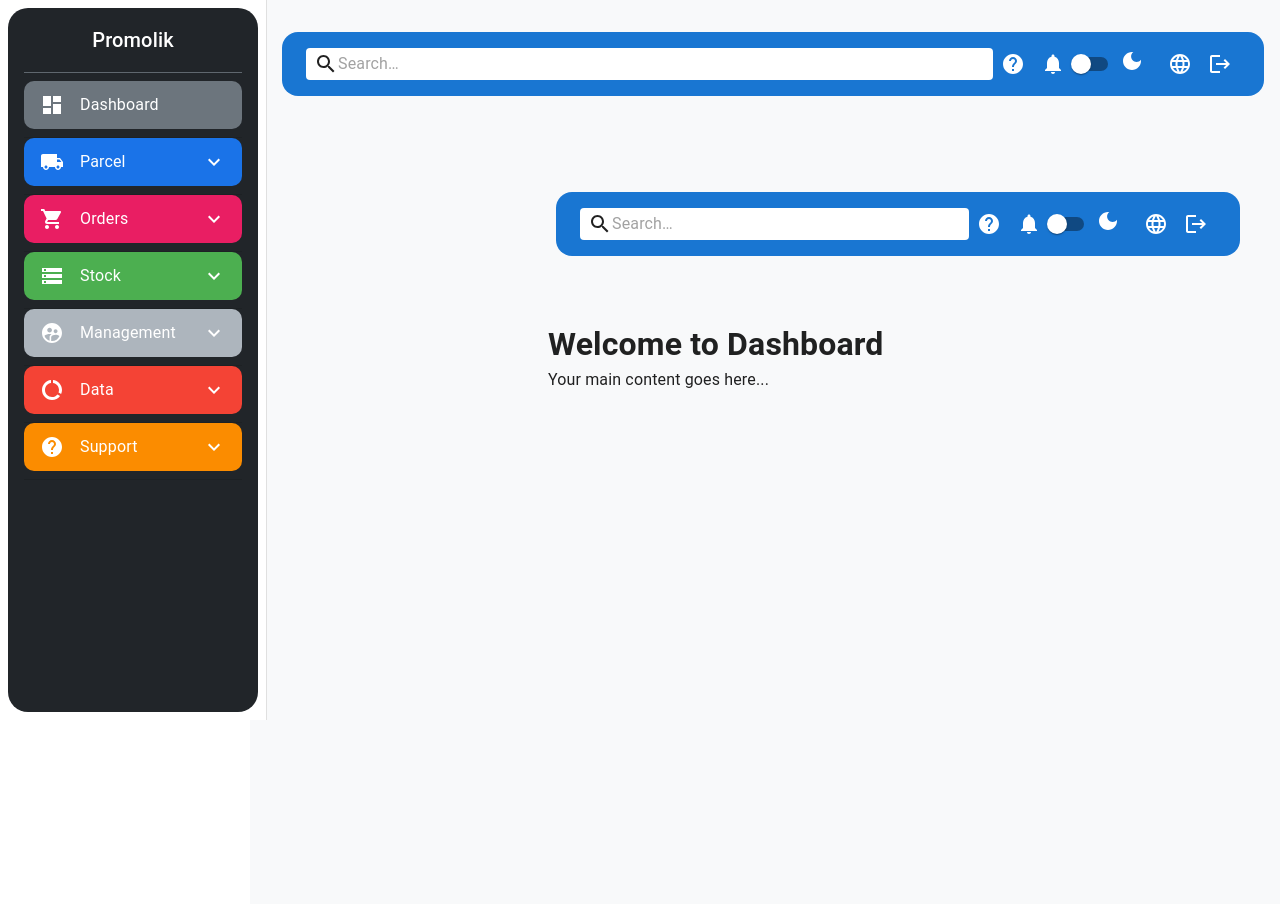
Repository: yosrjdly/stk
Page: /dashboard (app in dashboard/)
These files come from the project's save history. The page is drawn as it stood at one moment and after the next save; the edit follows.
The browser window is 1280 px wide. The pictures show the whole page.
The project was rebuilt for these pictures with package versions that can differ from the ones it lists, and the page was loaded fresh each time. The framework's server and built-in components were replaced by stand-ins that run in the browser. Also part of the build but not shown: dashboard/next.config.ts.

Above is the page before, as saved 2025-02-14 17:03:16.

### dashboard/src/app/dashboard/Layout.tsx
"use client";

import { Box, CssBaseline, Toolbar } from "@mui/material";
import Sidebar from "../../componenets/sidebar/SideBar";
import Navbar from "../../componenets/navbar/Navbar"; // Assuming you have a Navbar component
import { ReactNode } from "react";

interface LayoutProps {
  children: ReactNode;
}

export default function Layout({ children }: LayoutProps) {
  return (
    <Box sx={{ display: "flex" }}>
      <CssBaseline />

      {/* Sidebar (Permanent) */}
      <Sidebar />

      {/* Main Content Area */}
      <Box
        component="main"
        sx={{
          flexGrow: 1,
          pt:0,
          p: 3,
          width: `calc(100% - 250px)`, // Adjusting main content width to fit sidebar
          backgroundColor: "#f8f9fa",
          minHeight: "100vh",
        }}
      >
        {/* Navbar */}
        <Navbar />

        {/* Page Content */}
        <Toolbar /> {/* Keeps content from being hidden behind Navbar */}
        {children}
      </Box>
    </Box>
  );
}

### dashboard/src/app/dashboard/page.tsx
import Layout from "../dashboard/Layout";

export default function DashboardHome() {
  return (
    <Layout>
      <h1>Welcome to Dashboard</h1>
      <p>Your main content goes here...</p>
    </Layout>
  );
}

### dashboard/src/componenets/sidebar/SideBar.tsx
"use client";

import { useState } from "react";
import { useRouter, usePathname } from "next/navigation";
import {
  Drawer,
  List,
  ListItemButton,
  ListItemText,
  Collapse,
  Divider,
  Typography,
  Box,
  IconButton,
} from "@mui/material";
import { ExpandLess, ExpandMore, Brightness4, Brightness7 } from "@mui/icons-material";
import DashboardIcon from '@mui/icons-material/Dashboard';
import LocalShippingIcon from '@mui/icons-material/LocalShipping';
import ShoppingCartIcon from '@mui/icons-material/ShoppingCart';
import StorageIcon from '@mui/icons-material/Storage';
import SupervisedUserCircleIcon from '@mui/icons-material/SupervisedUserCircle';
import DataUsageIcon from '@mui/icons-material/DataUsage';
import HelpIcon from '@mui/icons-material/Help';

const menuItems = [
  {
    title: "Dashboard",
    path: "/dashboard",
    color: "#6c757d",
    icon: <DashboardIcon />,
  },
  {
    title: "Parcel",
    subItems: [
      { title: "Exchange List", path: "/dashboard/parcel/exchangeList" },
      { title: "Exchange Return", path: "/dashboard/parcel/exchangeReturn" },
      { title: "Exchange Creation", path: "/dashboard/parcel/exchangeCreation" },
      { title: "Package Creation", path: "/dashboard/parcel/packageCreation" },
      { title: "Package Edit", path: "/dashboard/parcel/packageEdit" },
      { title: "Package List", path: "/dashboard/parcel/packageList" },
      { title: "Parcel Return", path: "/dashboard/parcel/parcelReturn" },
    ],
    color: "#1a73e8",
    icon: <LocalShippingIcon />,
  },
  {
    title: "Orders",
    subItems: [
      { title: "Cash Sale", path: "/dashboard/orders/cashSale" },
      { title: "Orders", path: "/dashboard/orders/orders" },
    ],
    color: "#e91e63",
    icon: <ShoppingCartIcon />,
  },
  {
    title: "Stock",
    subItems: [
      { title: "Add Article", path: "/dashboard/stock/addArticle" },
      { title: "Entred Stock", path: "/dashboard/stock/entredStock" },
      { title: "Notification", path: "/dashboard/stock/notification" },
      { title: "Stock", path: "/dashboard/stock/stock" },
    ],
    color: "#4caf50",
    icon: <StorageIcon />,
  },
  {
    title: "Management",
    subItems: [
      { title: "Delivery Company", path: "/manegement/deliveryCompany" },
      { title: "Profile", path: "/dashboard/management/profile" },
      { title: "Profit", path: "/dashboard/management/profit" },
      { title: "Spending", path: "/dashboard/management/spending" },
      { title: "User", path: "/dashboard/management/user" },
    ],
    color: "#adb5bd",
    icon: <SupervisedUserCircleIcon />,
  },
  {
    title: "Data",
    subItems: [
      { title: "Archived Parcel", path: "/dashboard/data/archivedParcel" },
      { title: "Command Deleted", path: "/dashboard/data/commandDeleted" },
      { title: "Deleted Parcel", path: "/dashboard/data/deletedParcel" },
      { title: "Inventory Removed", path: "/dashboard/data/inventoryRemoved" },
    ],
    color: "#f44335",
    icon: <DataUsageIcon />,
  },
  {
    title: "Support",
    subItems: [
      { title: "About Us", path: "/dashboard/support/aboutUs" },
      { title: "Claims", path: "/dashboard/support/claims" },
      { title: "User Guide", path: "/dashboard/support/userGuide" },
    ],
    color: "#fb8c00",
    icon: <HelpIcon />,
  },
];

export default function Sidebar() {
  const router = useRouter();
  const pathname = usePathname();
  const [openSections, setOpenSections] = useState<Record<string, boolean>>({});

  const toggleSection = (title: string) => {
    setOpenSections((prev) => ({
      ...prev,
      [title]: !prev[title],
    }));
  };

  return (
    <Drawer variant="permanent" sx={{ width: 250, flexShrink: 0, marginTop: 2 }}>
      <Box sx={{ height: "100%", width: 250, padding: 2, backgroundColor: "#212529", borderRadius: 5, margin: 1 }}>
        <Typography variant="h6" sx={{ color: "white", textAlign: "center", mb: 2 }}>
          Promolik
        </Typography>
        <Divider sx={{ backgroundColor: "#6c757d" }} />
        <List>
          {menuItems.map((item, index) => {
            const isParentActive = item.subItems?.some((subItem) => pathname === subItem.path);

            return (
              <div key={index}>
                {item.subItems ? (
                  <>
                    <ListItemButton
                      sx={{
                        backgroundColor: item.color,
                        borderRadius: "10px",
                        marginBottom: 1,
                        color: "white",
                      }}
                      onClick={() => toggleSection(item.title)}
                    >
                      {item.icon}
                      <ListItemText primary={item.title} sx={{ ml: 2 }} />
                      {openSections[item.title] ? <ExpandLess /> : <ExpandMore />}
                    </ListItemButton>
                    <Collapse in={openSections[item.title]} timeout="auto" unmountOnExit>
                      <List component="div" disablePadding>
                        {item.subItems.map((subItem, subIndex) => (
                          <ListItemButton
                            key={subIndex}
                            sx={{
                              pl: 4,
                              backgroundColor: pathname === subItem.path ? item.color : "transparent",
                              borderRadius: pathname === subItem.path ? "10px" : "0px",
                              marginBottom: 1,
                              color: pathname === subItem.path ? "white" : "#ccc",
                            }}
                            onClick={() => router.push(subItem.path)}
                          >
                            <ListItemText primary={subItem.title} />
                          </ListItemButton>
                        ))}
                      </List>
                    </Collapse>
                  </>
                ) : (
                  <ListItemButton
                    sx={{
                      backgroundColor: pathname === item.path ? item.color : "transparent",
                      borderRadius: pathname === item.path ? "10px" : "0px",
                      marginBottom: 1,
                      color: pathname === item.path ? "white" : "#ccc",
                    }}
                    onClick={() => router.push(item.path)}
                  >
                    {item.icon}
                    <ListItemText primary={item.title} sx={{ ml: 2 }} />
                  </ListItemButton>
                )}
                <Divider />
              </div>
            );
          })}
        </List>
      </Box>
    </Drawer>
  );
}

### dashboard/src/componenets/navbar/Navbar.tsx
'use client';

import React, { useState } from 'react';
import { AppBar, Toolbar, IconButton, InputBase, Menu, MenuItem, Switch, FormControlLabel } from '@mui/material';
import { Search as SearchIcon, Help as HelpIcon, Notifications as NotificationsIcon, Language as LanguageIcon, Logout as LogoutIcon, DarkMode as DarkModeIcon } from '@mui/icons-material';
import { useTheme } from '@mui/material/styles';

const Navbar = () => {
  const [anchorEl, setAnchorEl] = useState(null);
  const [themeMode, setThemeMode] = useState(false); // Dark mode state

  const theme = useTheme();

  const handleMenuOpen = (event) => {
    setAnchorEl(event.currentTarget);
  };

  const handleMenuClose = () => {
    setAnchorEl(null);
  };

  const toggleTheme = () => {
    setThemeMode((prev) => !prev);
    // You can add a theme switcher logic here (like changing the theme color)
  };

  return (
    <AppBar
      position="sticky"
      sx={{
        mx: 1,
        mt: 1,
        borderRadius: '16px',
        boxShadow: 'none',
        backdropFilter: 'blur(10px)',
        top: '5px',
        zIndex: 1200,
      }}
    >
      <Toolbar>
        {/* Search Bar */}
        <InputBase
          placeholder="Search…"
          startAdornment={<SearchIcon />}
          sx={{ flexGrow: 1, backgroundColor: theme.palette.background.default, borderRadius: '4px', paddingLeft: '8px' }}
        />

        {/* Help Icon */}
        <IconButton color="inherit" onClick={handleMenuOpen}>
          <HelpIcon />
        </IconButton>

        {/* Notifications Icon */}
        <IconButton color="inherit">
          <NotificationsIcon />
        </IconButton>

        {/* Theme Switch */}
        <FormControlLabel
          control={<Switch checked={themeMode} onChange={toggleTheme} />}
          label={<DarkModeIcon />}
        />

        {/* Language Icon */}
        <IconButton color="inherit">
          <LanguageIcon />
        </IconButton>

        {/* Logout Icon */}
        <IconButton color="inherit">
          <LogoutIcon />
        </IconButton>
      </Toolbar>

      {/* Help Icon Menu */}
      <Menu
        anchorEl={anchorEl}
        open={Boolean(anchorEl)}
        onClose={handleMenuClose}
      >
        <MenuItem onClick={handleMenuClose}>Help Center</MenuItem>
        <MenuItem onClick={handleMenuClose}>Contact Support</MenuItem>
      </Menu>
    </AppBar>
  );
};

export default Navbar;

Loaded but not shown: dashboard/src/app/layout.tsx (common file); dashboard/src/app/globals.css (common file)

After the next save:
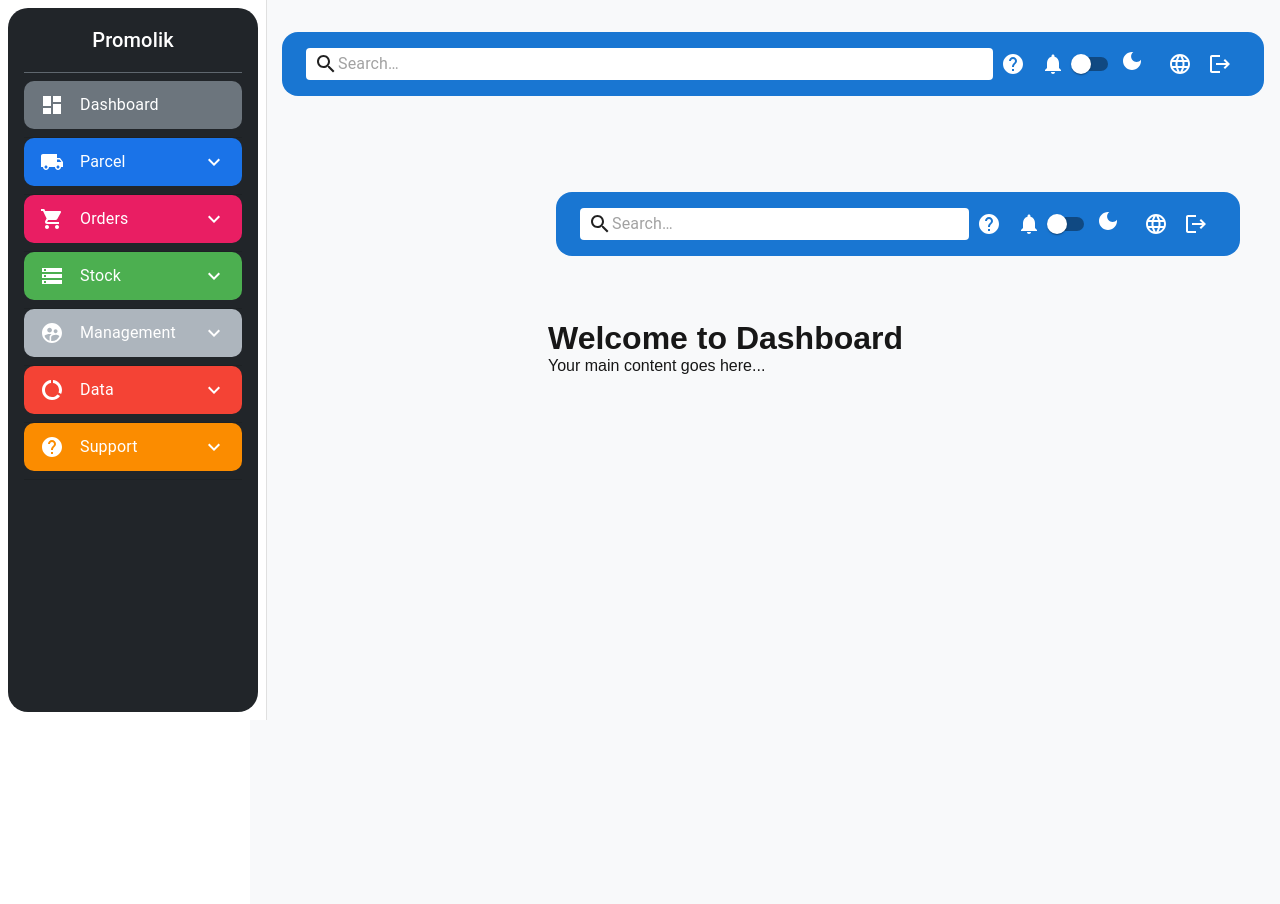
Saved 44 s later.
--- a/dashboard/src/app/dashboard/Layout.tsx
+++ b/dashboard/src/app/dashboard/Layout.tsx
@@ -12,7 +12,6 @@
 export default function Layout({ children }: LayoutProps) {
   return (
     <Box sx={{ display: "flex" }}>
-      <CssBaseline />
 
       {/* Sidebar (Permanent) */}
       <Sidebar />

After the save that followed:
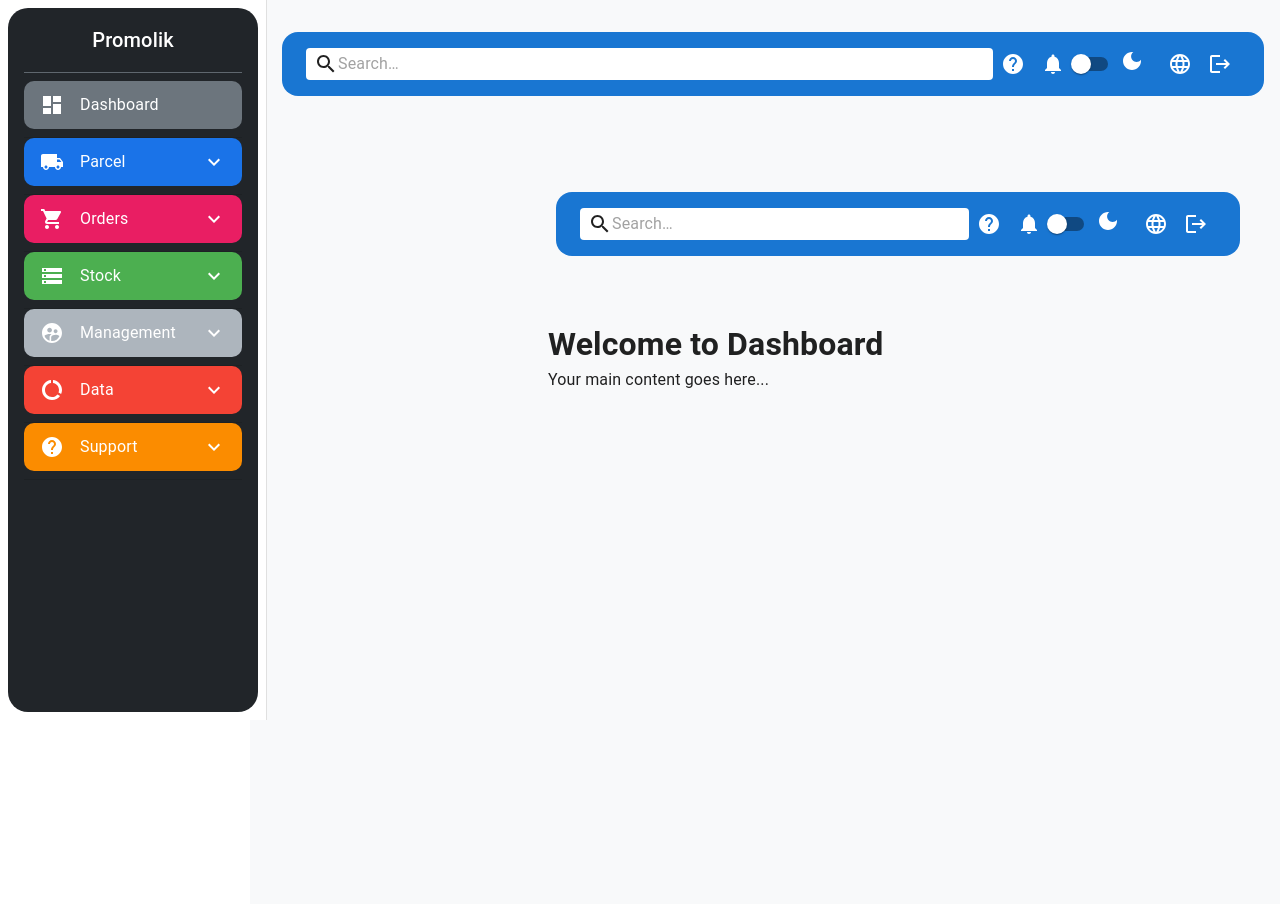
Saved 28 s later.
--- a/dashboard/src/app/dashboard/Layout.tsx
+++ b/dashboard/src/app/dashboard/Layout.tsx
@@ -12,6 +12,7 @@
 export default function Layout({ children }: LayoutProps) {
   return (
     <Box sx={{ display: "flex" }}>
+      <CssBaseline />
 
       {/* Sidebar (Permanent) */}
       <Sidebar />
